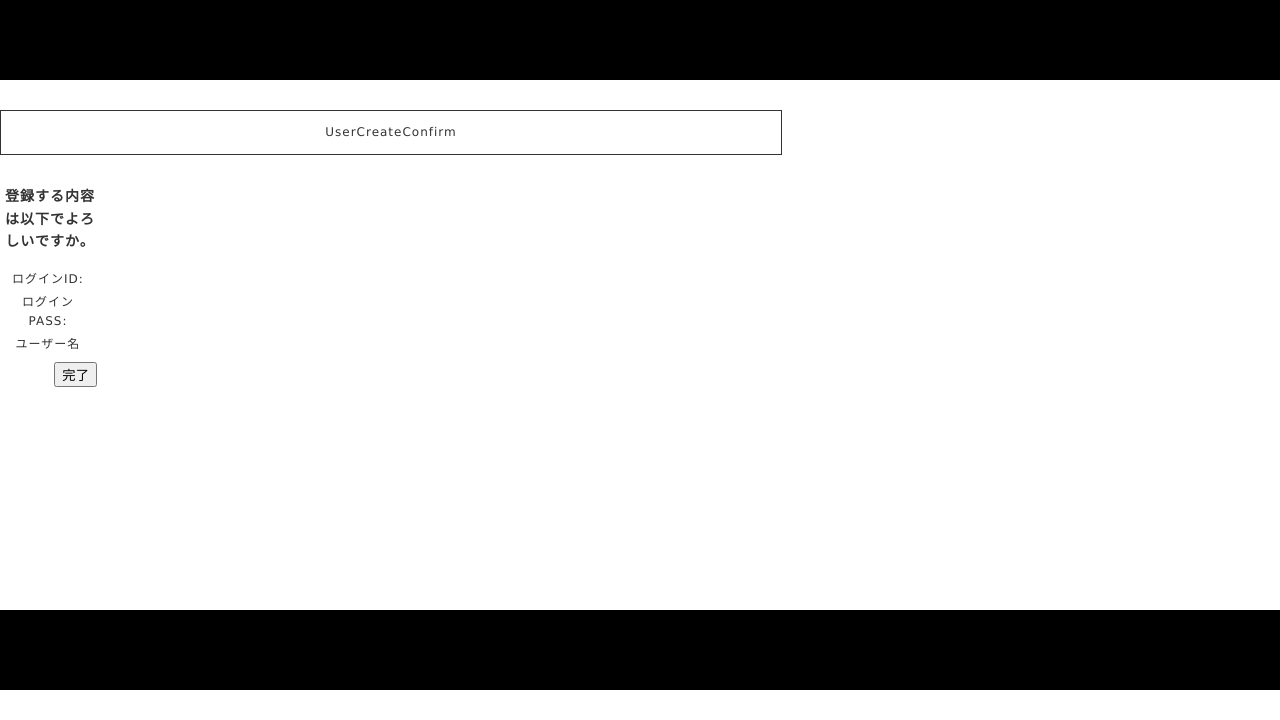
Repository: moe-irizuki/ecsite
Page: http://localhost/template/userCreateConfirm.jsp
These files come from the project's save history. The page is drawn as it stood at one moment and after the next save; the edit follows.
The browser window is 1280 px wide. The pictures show the whole page.
The page is served by Tomcat 9. Other server files are loaded and not shown.

Above is the page before, as saved 2018-05-01 01:34:26.

### template/WebContent/userCreateConfirm.jsp
<%@ page language="java" contentType="text/html; charset=UTF-8"
    pageEncoding="UTF-8"%>
<%@ taglib prefix="s" uri="/struts-tags" %>
<!DOCTYPE html>
<html>
<head>
	<meta http-equiv="Content-Type" content="text/html; charset=UTF-8" />
	<meta http-equiv="Content-Style-Type" content="text/css" />
	<meta http-equiv="Content-Script-Type" content="text/javascript" />
	<meta name="description" content="" />
	<meta name="keywords" content="" />
	<title>UserCreateConfirm画面</title>

	<style type = "text/css">
	/* ========TAG LAYOUT======== */
		body{
			margin:0;
			padding:0;
			line-height:1.6;
			letter-spacing:1px;
			font-family:Verdana,Helvetica,sans-serif;
			font-size:12px;
			color:#333;
			background:#fff;
		}

		table{
			text-align:center;
			margin:0 auto;
		}
	/* ========ID LAYOUT======== */
		#top{
			width:780px;
			margin:30px auto;
			border:1px solid #333;
		}

		#header{
			width: 100%;
			height: 80px;
			background-color: black;
		}

		#main{
			width: 100px;
			height: 500px;
			text-align: center;
		}

		#footer{
			width: 100%;
			height: 80px;
			background-color: black;
			clear:both;
		}
	</style>
</head>
<body>
	<div id="header">
		<div id="pr">
		</div>
	</div>
	<div id="main">
		<div id="top">
			<p>UserCreateConfirm</p>
		</div>
		<div>
			<h3>登録する内容は以下でよろしいですか。</h3>
			<table>
				<s:form action="UserCreateCompleteAction">
				<tr id="box">
					<td>
						<label>ログインID:</label>
					</td>
					<td>
						<s:property value="loginUserId" escape="false" />
					</td>
				</tr>
				<tr id=box>
					<td>
						<label>ログインPASS:</label>
					</td>
					<td>
						<s:property value="loginPassword" escape="false" />
					</td>
				</tr>
				<tr id="box">
					<td>
						<label>ユーザー名</label>
					</td>
					<td>
						<s:property value="userName" escape="false" />
					</td>
				</tr>
				<tr>
					<td>
						<s:submit value="完了"/>
					</td>
				</tr>
				</s:form>
			</table>
		</div>
	</div>
<div id="footer">
	<div id="pr">
	</div>
</div>
</body>
</html>

After the next save:
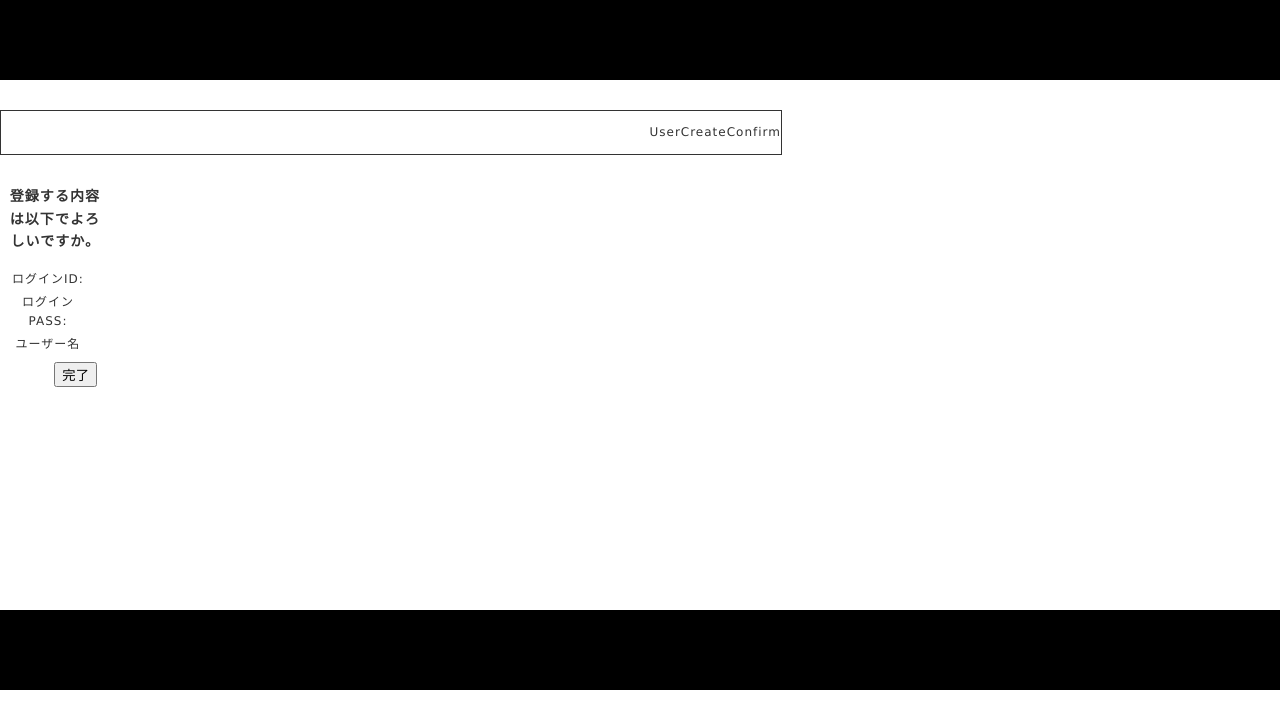
Saved 75 s later.
--- a/template/WebContent/userCreateConfirm.jsp
+++ b/template/WebContent/userCreateConfirm.jsp
@@ -44,7 +44,7 @@
 		#main{
 			width: 100px;
 			height: 500px;
-			text-align: center;
+			text-align: right;
 		}
 
 		#footer{
